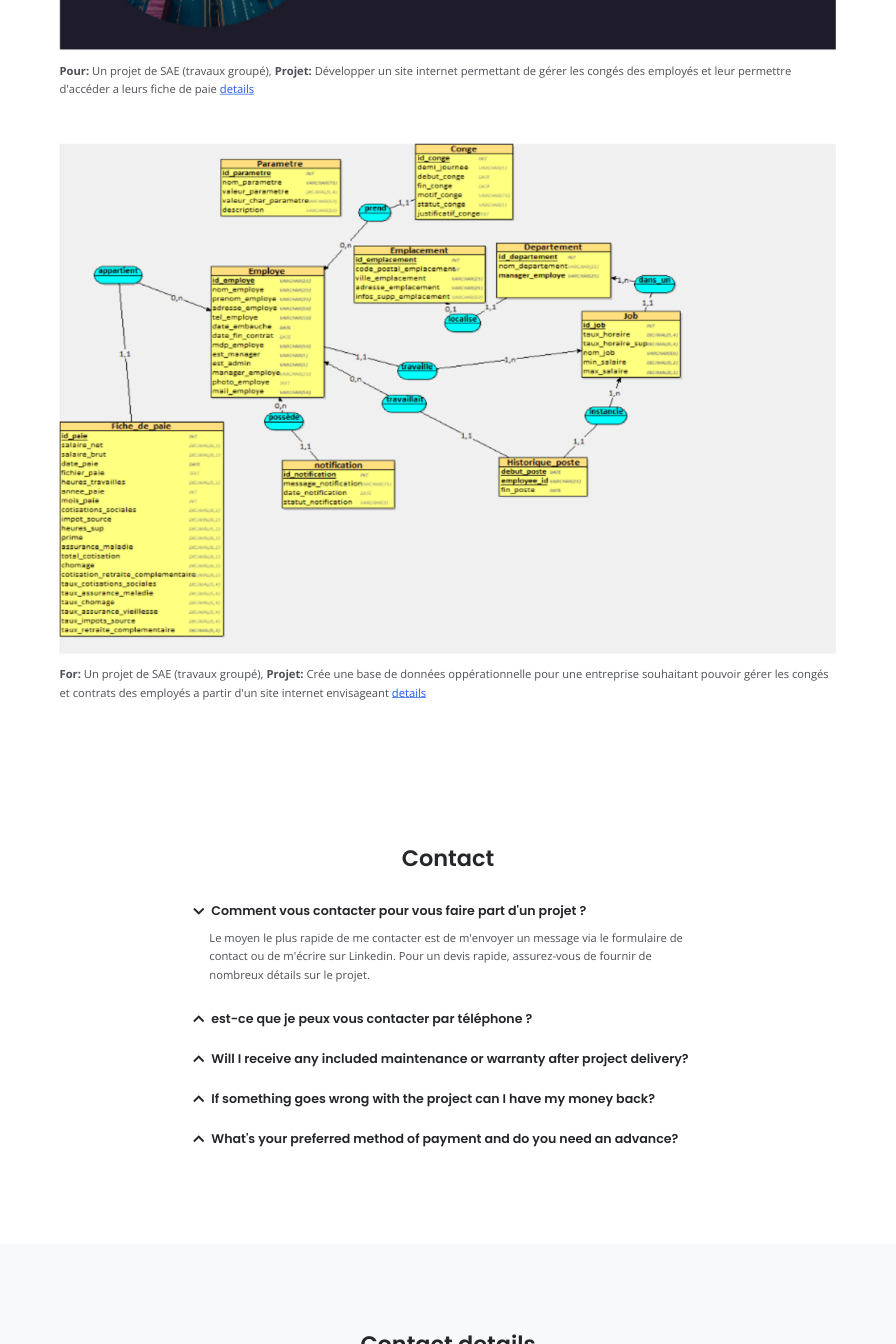
Repository: J2S80000/Portfolio
Page: index.html
An editor plug-in stored every save of this project. The page is shown before and after a run of saves, followed by the edit.
The browser window is 1280 px wide. The pictures show the part of the page from y = 4580 to 6500 px (the page is 7529 px tall), at 70% of full size.

Above is the page before, as saved 2025-05-05 17:44:41.

After the next 5 saves:
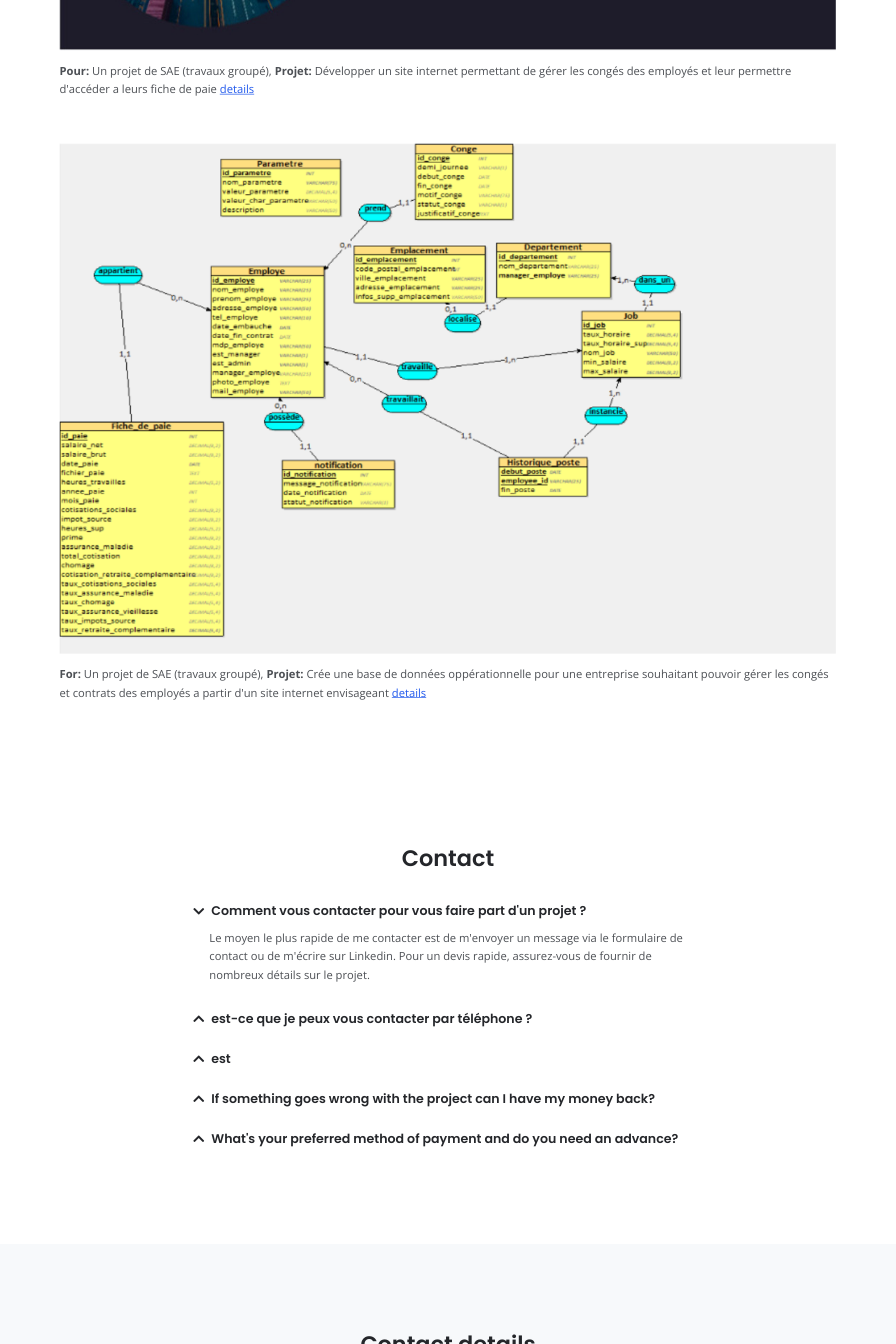
The 5 saves are shown as one change because they came seconds apart.
The last was saved 17 s later.
--- a/index.html
+++ b/index.html
@@ -305,7 +305,7 @@
                         <div class="card">
                             <div class="card-header" id="headingThree">
                                 <button class="btn btn-link btn-block text-left collapsed" type="button" data-toggle="collapse" data-target="#collapseThree" aria-expanded="false" aria-controls="collapseThree">
-                                    Will I receive any included maintenance or warranty after project delivery?
+                                    est
                                 </button>
                             </div>
                             <div id="collapseThree" class="collapse" aria-labelledby="headingThree" data-parent="#accordionExample">
